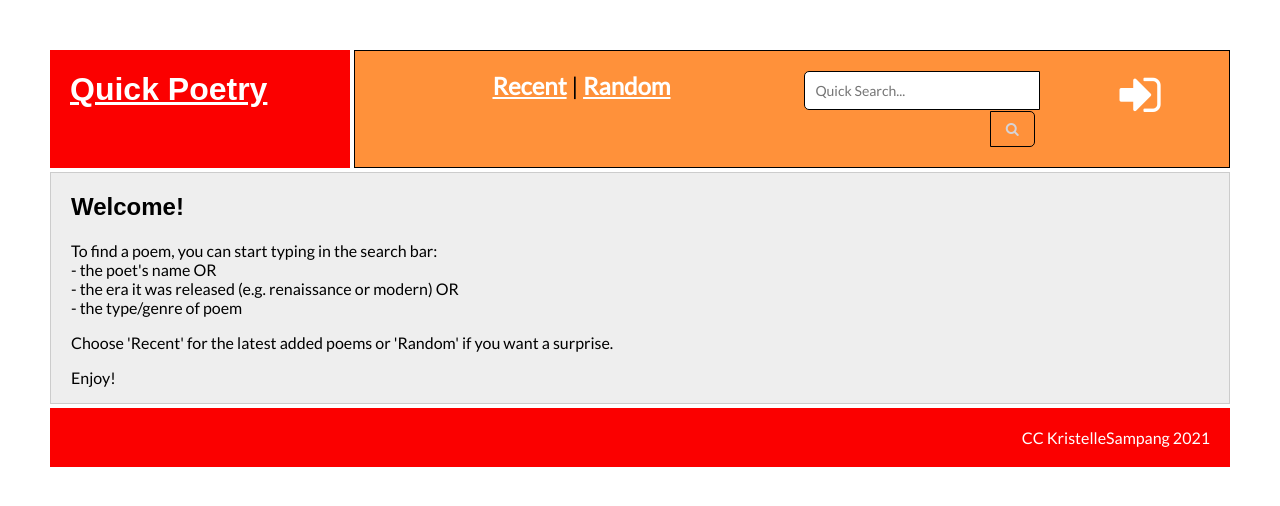
Repository: sampangk71280/Poetry_DB
Page: http://localhost/index.php?page=home
The author's editor kept a copy of each file at every save. The page is drawn from the files as they stood at one save, then again after the next save.
The browser window is 1280 px wide. The pictures show the whole page.
The pointer rests on the first visible `input[type="submit"]`.
Some web fonts or font styles are not loaded; a fallback is used. The page is run by PHP 8.4 with error messages shown; the project is at /var/www/html/.

Above is the page before, as saved 2021-12-07 12:52:56.

### index.php
<!DOCTYPE HTML>

<?php

session_start();
include("config.php");
include("functions.php");

// connect to database
$dbconnect=mysqli_connect(DB_HOST,DB_USERNAME,DB_PASSWORD, DB_NAME);

if(mysqli_connect_errno()){
    echo "Connection failed:".mysqli_connect_error();
    exit;
}

?>


<html lang="en">

<?php include("content/head.php"); ?>

<body>

    <div class="wrapper">

            <?php include("content/heading_navigation.php") ?>

        <div class="box main">

                <?php

                if(!isset($_REQUEST['page'])) {
                    include("content/home.php");
                } // end of if includes home page

                else {
                    // prevents users from navigating through file system
                    $page=preg_replace('/[^0-9a-zA-Z]-/', '', $_REQUEST['page']);
                    include("content/$page.php");

                } // end of else that includes requested content

                ?>

        </div>    <!-- / main -->

        <?php include("content/footer.php"); ?>

    </div>  <!-- / wrapper  -->

</body>

### config.php
<?php

ini_set('display_errors', 'On');  // change to 'Off' when live

define ("DB_NAME","sampangk71280_L3_Poetry");
define ("DB_USERNAME","_sampangk71280");
define ("DB_PASSWORD","QANbMDYSVME7gpyR");
define ("DB_HOST","localhost");

?>

### functions.php
<?php

// function to 'clean' data
function test_input($data) {
	$data = trim($data);
	$data = htmlspecialchars($data); //  needed for correct special character rendering
	return $data;
}


// entity is subject, country, occupation etc
function autocomplete_list($dbconnect, $item_sql, $entity)
{
// Get entity / topic list from database
$all_items_query = mysqli_query($dbconnect, $item_sql);
$all_items_rs = mysqli_fetch_assoc($all_items_query);

// Make item arrays for autocomplete functionality...
while($row=mysqli_fetch_array($all_items_query))
{
  $item=$row[$entity];
  $items[] = $item;
}

$all_items=json_encode($items);
return $all_items;

}


// function to get subject, country & career ID's
function get_ID($dbconnect, $table_name, $column_ID, $column_name, $entity)
{

    if($entity=="")
    {
        return 0;
    }


    // get entity ID if it exists
    $findid_sql = "SELECT * FROM $table_name WHERE $column_name LIKE '$entity'";
    $findid_query = mysqli_query($dbconnect, $findid_sql);
    $findid_rs = mysqli_fetch_assoc($findid_query);
    $findid_count=mysqli_num_rows($findid_query);

    // If subject ID does exists, return it...
    if($findid_count > 0) {
        $find_ID = $findid_rs[$column_ID];
        return $find_ID;
    }   // end if (entity existed, ID returned)


    else {
        $add_entity_sql = "INSERT INTO $table_name ($column_ID, $column_name) VALUES (NULL, '$entity');";
        $add_entity_query = mysqli_query($dbconnect, $add_entity_sql);

    $new_id_sql = "SELECT * FROM $table_name WHERE $column_name LIKE '$entity'";
    $new_id_query = mysqli_query($dbconnect, $new_id_sql);
    $new_id_rs = mysqli_fetch_assoc($new_id_query);

    $new_id = $new_id_rs[$column_ID];

    return $new_id;

    }   // end else (entity added to table and ID returned)

} // end get ID function


function get_rs($dbconnect, $sql)
{
    $find_sql = $sql;
    $find_query = mysqli_query($dbconnect, $find_sql);
    $find_rs = mysqli_fetch_assoc($find_query);

    return $find_rs;
}


function country_job($dbconnect, $entity_1, $entity_2, $label_sg, $label_pl, $table, $entity_ID, $entity_name)
{

    $all_entities = array($entity_1, $entity_2);
    // loop through items and look up their values...

    // Counts # of countries that without ID zero...
    $num_entities = count(array_filter($all_entities));


    if ($num_entities == 1)
    {
    echo "<b>".$label_sg."</b>: ";
    }

    else { echo "<b>".$label_pl."</b>: ";}

    foreach ($all_entities as $entity) {

    $entity_sql = "SELECT * FROM $table WHERE $entity_ID = $entity";
    $entity_query = mysqli_query($dbconnect, $entity_sql);
    $entity_rs = mysqli_fetch_assoc($entity_query);

    if ($entity != 0) {

    ?>


    <span class="author_entity tag"><?php echo $entity_rs[$entity_name]; ?> </span> &nbsp;

    <?php

    } // end entity if

    // break reference with the last element as per the manual
    unset($entity);

    }

}

?>

### content/head.php
<head>
    <meta charset="UTF-8">
    <meta name="description" content="Site featuring poetry from famous authors">
    <meta name="keywords" content="quotes, famous, author, writer, sportsman,
    political activist, sayings, poetry">
    <meta name="author" content="Kristelle Sampang">
    <meta name="viewport" content="width=device-width, initial-scale=1.0">

    <title>Quick Poetry</title>

    <!-- Edit the link below / replace with your chosen google font -->
    <link href="https://fonts.googleapis.com/css?family=Lato%7cUbuntu" rel="stylesheet">

    <!-- Edit the name of your style sheet - 'foo' is not a valid name!! -->
    <link rel="stylesheet" href="theme/quick_poetry.css">
        <link rel="stylesheet" href="theme/font-awesome.min.css">

</head>

### content/heading_navigation.php

        <div class="box banner">


            <h1><a class="heading" href = "index.php?page=home">Quick Poetry</a></h1>
        </div>    <!-- / banner -->

        <!-- Navigation goes here.  Edit BOTH the file name and the link name -->
        <div class="box nav">

            <div class="linkwrapper">
                <div class="commonsearches">
                    <a href="index.php?page=recent">Recent</a> |
                    <a href="index.php?page=random">Random</a>
                </div>  <!-- / common searches -->

                <div class="topsearch">

                    <!-- Quick Search -->
                    <form method="post" action="index.php?page=quick_search"
                    enctype="multipart/form-data">

                        <input class="search quicksearch" type="text"
                        name="quick_search" size="40" value="" required placeholder="Quick Search..." />

                        <input class="submit" type="submit" name="find_quick" value="&#xf002;" />

                </div>  <!-- / top search -->

                <div class="topadmin">

                <?php

                    if (isset($_SESSION['admin'])) {

                    ?>

                    <a href="index.php?page=../admin/new_poem" title="Add a quote"><i class="fa fa-plus fa-2x"></i></a>

                    &nbsp; &nbsp;

                    <a href="index.php?page=../admin/logout" title="Log Out">
                        <i class="fa fa-sign-out fa-2x"></i>
                    </a>

                    <?php
                    } // end user if logged in if

                    else {
                        ?>

                    <a href="index.php?page=../admin/login" title="Log In">
                        <i class="fa fa-sign-in fa-2x"></i>
                    </a>

                    <?php // end of login else
                    }

                    ?>


                </div>  <!-- / top admin -->

            </div>  <!--- / link wrapper -->

        </div>    <!-- / nav -->

### content/home.php
<h2>Welcome!</h2>

            <p>
                To find a poem, you can start typing in the search bar: <br/>
                - the poet's name OR <br/>
                - the era it was released (e.g. renaissance or modern) OR <br/>
                - the type/genre of poem
            </p>

            <p>
                Choose 'Recent' for the latest added poems or 'Random' if you want a surprise.
            </p>

            <p>
                Enjoy!
            </p>

### content/footer.php
<div class="box footer">
            CC KristelleSampang 2021
        </div>    <!-- / footer -->

### theme/quick_poetry.css
body {
    margin: auto;
    padding: 50px;
    color: #000;
    font-family: 'Lato', sans-serif;
}

/* Box (for corners & padding) */
.box {
    padding-left: 20px;
    /* border-radius: 10px; */
    background-color: #ddd;
}


/* Set up grids... specifics */

/*  #### Grid for Main page #### */


.wrapper {
    display: grid;
    grid-template-columns: 300px 1fr;
    grid-template-rows: auto;
    grid-template-areas:
        "banner nav"
        "main main"
        "footer footer";
        grid-gap: 4px;

}
@media only screen and (max-width: 1100px){
    .wrapper{
    grid-template-columns: auto;
    grid-template-rows: auto;
    grid-template-areas:
        "banner"
        "nav"
        "main"
        "footer";
    }
}
.banner {
    grid-area: banner;
}

.nav {
    grid-area: nav;
    background-color: #ff913a;  /* orange  */
    font-size: 150%;
    padding: 20px;
    vertical-align: middle;
    border: solid 1px;
}

.main {
    grid-area: main;
    background-color: #eee;  /* very pale grey */
    border: solid 1px #CCC;
}


.footer {
    grid-area: footer;
    text-align: right;
    padding: 20px;
}

/*  #### Grid for Navigation area page #### */

.linkwrapper {
    display: grid;
    grid-template-columns: 3fr 2fr 1fr;
    grid-template-areas:
        "commonsearches topsearch topadmin";
    grid-gap: 4px;
}


.commonsearches {
    grid-area: commonsearches;
    text-align: center;
}

.topsearch {
    grid-area: topsearch;
    text-align: right;
}

.topadmin {
    grid-area: topadmin;
    text-align: center;
}

/* Make navigation responsive */

@media only screen and (max-width: 800px){
    .linkwrapper{
        grid-template-columns: auto;
        grid-template-rows: auto;
        grid-template-areas:
            "commonsearches commonsearches"
            "topsearch topadmim";
    }

    .commonsearches{
        text-align: left;
    }

    .topsearch{
        text-align: left;
    }

    .topadmin {
        text-align: right;
    }
}

/* ### Additional div styling (put colours / corners here) */


/* Area colouring... */

/* logo, banner and footer background are the same */
.banner, .footer {
    background-color: #fb0000;  /* bold red */
}

/* Set font on dark areas to white */
.logo, .banner, .side, .footer {
    color: #fff;
}

/* #### Links Styling  #### */

/* Navigation Links */
a.topnav {font-weight: bold;}
a.topnav:link, a.topnav:visited {color: #007c72;} /*dark teal */
a.topnav:hover {color: #707a00; text-decoration: none;}


/* links in page */
a {font-weight: bold;}
a:link{color: #ffffff;} /* white */
a:visited{color: #000;} /* black */
a:hover{color: gainsboro;}

/* #### Headings / text styling #### */
h1, h2, h3, h4 {
    font-family: 'Ubuntu', sans-serif;
}

h5 {
    font-family: 'Ubuntu', sans-serif;
    font-weight: bold;
    font-size: 16px;
}

.sub_heading {
    font-family: 'Ubuntu', sans-serif;
    color: #593849; /* purple */
    font-weight: bold;
}

/* ### Form / Search  Styling #### */

form {
    width: 90%;
}

.search {
    background:#fff;
    width: 75%;
}

.submit::-moz-focus-inner {
    border: 0;
}


.submit {
    font-family: FontAwesome, 'Helvetica Neue', Helvetica, Arial, sans-serif;
    position:relative;
    width: 45px;
    font-size: 14px;

    left:-5px;
    background-color: #636263;
    color:#d6d3d7;
    border: 1px solid #000;
    border-radius: 0 5px 5px 0;
    display: inline-block;
    padding: 10px;
}


input[type="submit"]:hover {
    background-color: #ff913a; /* orange */
}


input {
    font-size: 14px;
    padding: 10px;
    display: inline-block;
    border: 1px solid #000;
    box-sizing: border-box;
}


.quicksearch {
    border-radius: 5px 0 0 5px;
    display: inline-block;
}

/* ### Results styling, includes 'tags' button ### */
.results{
    background-color:#D2D2D2;
    border: solid 1px #4c9c72;
    padding: 10px;

    margin-right: 20px;
    border-radius: 20px;
}

.tag{
    background-color: #ff913a ;  /* orange like heading*/
    padding: 5px;
    padding-left: 10px;
    padding-right: 10px;
    border: solid 1px #000;
    border-radius: 5px;
}
.authortag{
    background-color: #FFA660; /* orange */
    padding: 5px;
    padding-left: 10px;
    padding-right: 10px;
    border: solid 1px #000;
    border-radius: 5px;
}

.deletetag{
    background-color: #FFA660 ;
    padding: 5px;
    padding-left: 10px;
    padding-right: 10px;
    border: solid 1px #000;
    border-radius: 5px;
}

.deletetagno{
    background-color: #ff4646 ;
    padding: 5px;
    padding-left: 10px;
    padding-right: 10px;
    border: solid 1px #000;
    border-radius: 5px;
}

.about{
    background: #FFEC00; /* yellow */
    border: solid 1px #E9D800; /* yellow but slightly darker*/
    padding: 10px;
    border-radius: 10px;
    margin-right: 20px;
}

.error{
    background-color:  #ffcece;
    color: #721a1a;
    border-radius: 10px;
    padding: 10px;
    border: solid 1px #721a1a;

}

/* editing tools formatting */
.edit-tools {
    text-align: right;
    padding-right: 20px;
}

/* Form Formatting css */

/* make height of drop downs slightly larger */
select {
    height: 40px;
    padding: 5px;
}

/* controls input field on autocomplete boxes (pink for error,
white for OK) */

input.tag-error[type=text]{
    background-color: #ff9e9e;
}

input.tag-ok[type=text]{
    background-color: #fff;

}

/* field backgrounds */
.form-ok{
    background-color: #fff;

}

.form-error{
    background-color: #ff9e9e;
}

/* error messages */
.no-error {
    display: none;
}

.error-text{
    color: darkred;
}

textarea,
input[type=text] {
    font-family: 'Lato', sans-serif;
    padding: 10px;
    border-width: 1px;
    margin: auto;
    width: 95%;
}

.add-field {
    width: 95%;
}

textarea {
    width: 90%;
    max-width: 700px;
}

Loaded but not shown: theme/font-awesome.min.css (library)

After the next save:
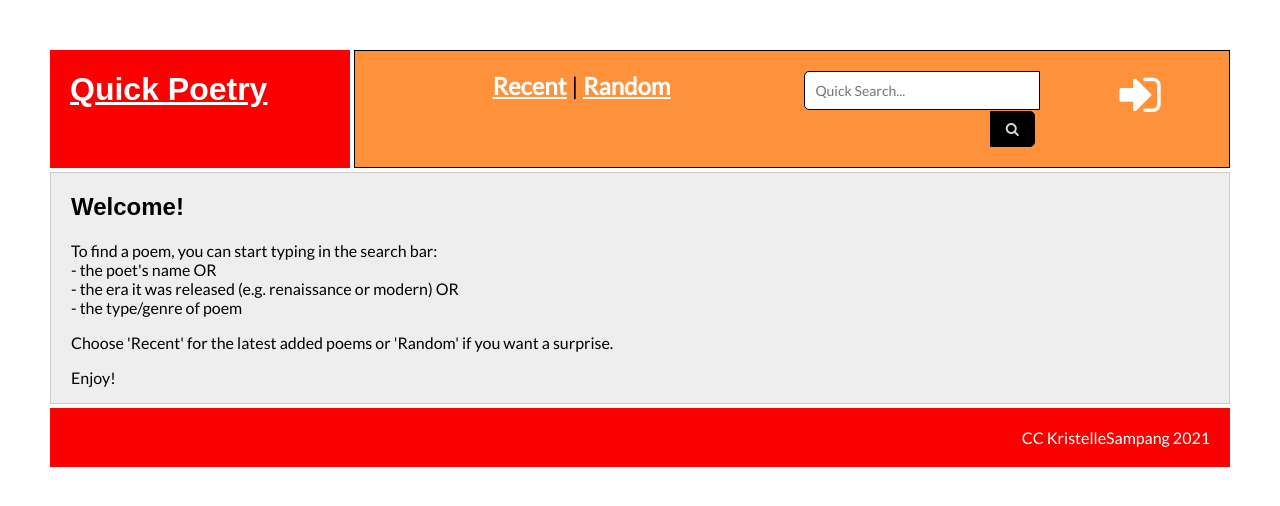
Saved 114 s later.
--- a/theme/quick_poetry.css
+++ b/theme/quick_poetry.css
@@ -195,7 +195,7 @@ form {
 
 
 input[type="submit"]:hover {
-    background-color: #ff913a; /* orange */
+    background-color: #000;
 }
 
 
